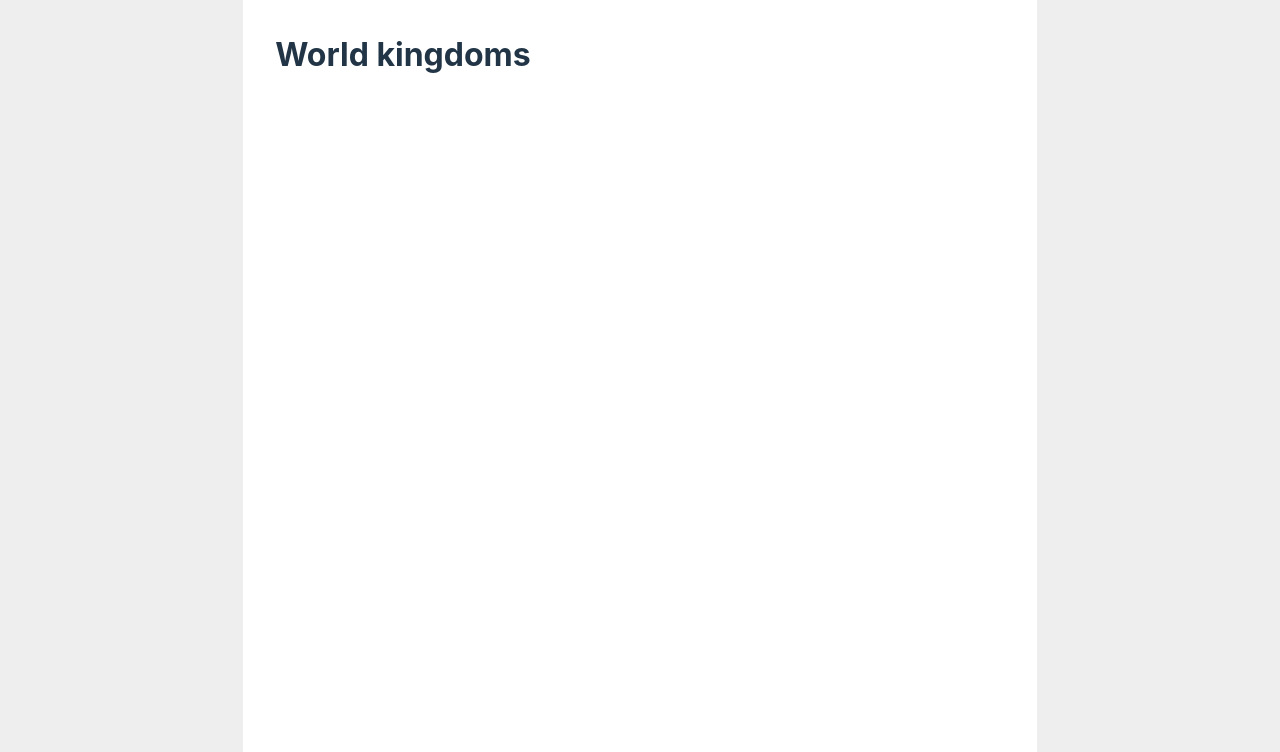
Repository: SamanthaYan298/my_world_kingdoms
Page: /
These files come from the project's save history. The page is drawn as it stood at one moment and after the next save; the edit follows.
The browser window is 1280 px wide. The pictures show the whole page.
The page's requests for data from a server got no answer. The project was rebuilt for these pictures with package versions that can differ from the ones it lists, and the page was loaded fresh each time. No one was signed in, and anything a server would have sent is missing. Also part of the build but not shown: vite.config.js.

Above is the page before, as saved 2024-11-20 18:06:40.

### src/App.jsx
import { useEffect, useState } from 'react'
import './App.css'
import Countries from '../components/Countries';

function App() {

  const [query, setQuery] = useState('');
  const [countries, setCountries] = useState([]);
  const [fetchStatus, setFetchStatus] = useState('idle');

  // load data on mount - only load once
  useEffect(() => {
    const url = ` https://restcountries.com/v3.1/name/kingdom`;

    async function fetchData() {
      let response, data;
      try{
        setFetchStatus('loading');
        response = await fetch(url);
        data = await response.json();
        setCountries(data);
        setFetchStatus('idle');
      } catch(e) {
        setFetchStatus('error');
        console.error(e.message);
      }
    }

    fetchData();

  }, [query]);

  let filteredCountries = [...countries];

  return (
    <>
    <div className='countries'>
      <h1>World kingdoms</h1>
      <Countries countries={filteredCountries} />
    </div>

    </>
  )
}

export default App

### src/App.css
#root {
  width: 100%;
  height: 100%;
  margin: 0 auto;
  padding: 0 2rem;
  text-align: center;
  background-color: #eee;
}

h1 {
  display: block;
  font-size: 2em;
  margin-block-start: 0.67em;
  margin-block-end: 0.67em;
  margin-inline-start: 0px;
  margin-inline-end: 0px;
  font-weight: bold;
  unicode-bidi: isolate;
  text-align: left;
}

.countries {
  width: 60%;
  background: #fff;
  margin: 0 auto;
  padding: 1em 2em;
  height: 100vh;
}

img {
  width: 50%;
}

### components/Countries.jsx
import '../src/App.css'

function Countries({ countries }) {

    return (
      <div className='outer-container'>
        {countries.map((country, index) => (
            <div key={index} className='cards-container'>
              <div className='cards'>
                <div className='cards-header'>
                  <div>
                    <img src={country.flags.png} alt={`Flag of ${country.name.common}`} />
                  </div>
                  <h4 className='name'>{country.name.common}</h4>
                </div>
                <div>
                  <div className='country-info'>
                    <p>
                      <span><strong>Capital: </strong></span>
                      <span>{country.capital}</span>
                    </p>
                    <p>
                      <span><strong>Location in: </strong></span>
                      <span className='borders'>{country.subregion}</span>
                    </p>
                  </div>
                </div>
              </div>
            </div>
          ))}
      </div>
    );
  }

  export default Countries;

Loaded but not shown: index.html (common file); src/main.jsx (common file); src/index.css (common file)

After the next save:
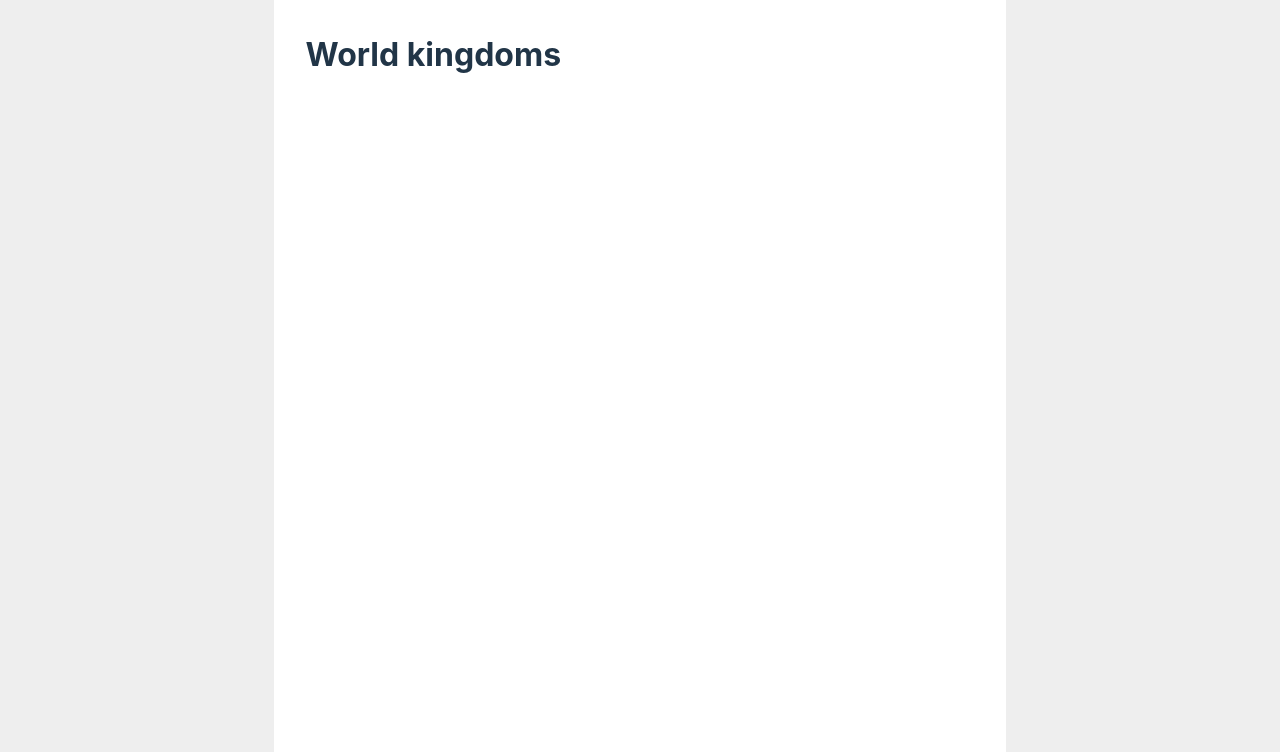
Saved 18 s later.
--- a/src/App.css
+++ b/src/App.css
@@ -20,7 +20,7 @@ h1 {
 }
 
 .countries {
-  width: 60%;
+  width: 55%;
   background: #fff;
   margin: 0 auto;
   padding: 1em 2em;
